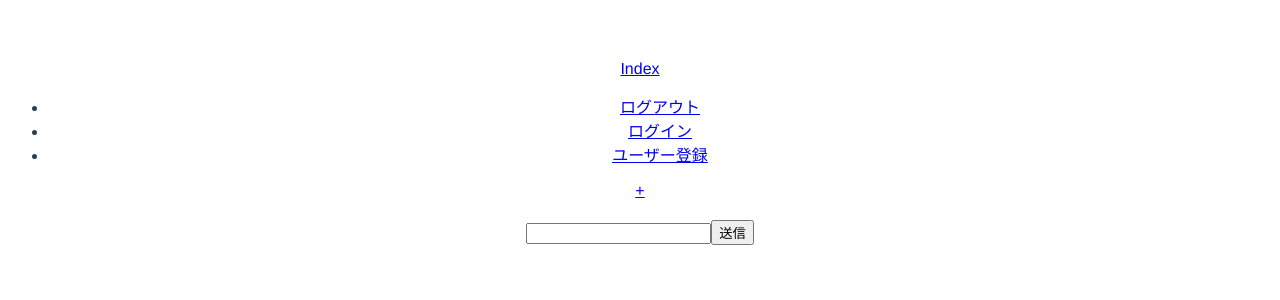
Repository: dododoSA/chat-app
Page: / (app in front/)
The author's editor kept a copy of each file at every save. The page is drawn from the files as they stood at one save, then again after the next save.
The browser window is 1280 px wide. The pictures show the whole page.
The page's requests for data from a server got no answer. The project was rebuilt for these pictures with package versions that can differ from the ones it lists, and the page was loaded fresh each time. No one was signed in, and anything a server would have sent is missing. Also part of the build but not shown: front/vue.config.js, front/src/components/HelloWorld.vue, front/src/components/Login.vue, front/src/components/Signup.vue, front/src/components/NewChannelForm.vue, front/src/components/EditChannelForm.vue.

Above is the page before, as saved 2019-09-09 10:14:21.

### front/src/main.js
import Vue from 'vue'
import App from './App.vue'
import router from './router'
import store from './store'

Vue.config.productionTip = false
Vue.config.devtools = true

new Vue({
  store,
  router,
  render: h => h(App),
}).$mount('#app')

### front/src/App.vue
<template>
  <div id="app">
    <nav class="navbar navbar-expand navbar-dark bg-dark">
      <router-link to="/">Index</router-link>
      <ul class="navbar-nav mr-auto">
        <li class="nav-item">
            <a v-if="" href="#" class="nav-link" @click="logout">ログアウト</a>
        </li>
        <li class="nav-item">
          <router-link to="/login">ログイン</router-link>
        </li>
        <li class="nav-item">
          <router-link to="/signup">ユーザー登録</router-link>
        </li>
      </ul>
    </nav>

    <router-view></router-view>
  </div>
</template>

<script>
import HelloWorld from './components/HelloWorld.vue'
import axios from 'axios'

export default {
  name: 'app',
  components: {
    HelloWorld
  },
  methods: {
    logout: function() {
      axios.get("/logout").then(
        this.$router.push("/")
      )
    }
  },
  computed: {
    me() {
      return this.$store.getters.getUsername
    }
  }
}
</script>

<style>
#app {
  font-family: 'Avenir', Helvetica, Arial, sans-serif;
  -webkit-font-smoothing: antialiased;
  -moz-osx-font-smoothing: grayscale;
  text-align: center;
  color: #2c3e50;
  margin-top: 60px;
}
</style>

### front/src/router.js
import Vue from 'vue'
import VueRouter from 'vue-router'

import Top from './components/Top'
import Login from './components/Login'
import Signup from './components/Signup'
import NewChannelForm from './components/NewChannelForm'
import Channel from './components/Channel'
import EditChannelForm from './components/EditChannelForm'

Vue.use(VueRouter);

const router = new VueRouter({
    mode: 'history',
    routes: [
        {
            path: '/',
            name: 'Top',
            component:Top
        },
        {
            path: '/login',
            name: 'Login',
            component: Login
        },
        {
            path: '/signup',
            name: 'Signup',
            component: Signup
        },
        {
            path: '/channel/new',
            component: NewChannelForm
        },
        {
            path: '/channel/:name/edit',
            name: 'EditChannelForm',
            component: EditChannelForm
        },
        {
            path: '/channel/:name',
            name: 'Channel',
            component: Channel
        }
    ]
})


export default router

### front/src/store/index.js
import Vue from 'vue'
import Vuex from 'vuex'
import axios from 'axios'

Vue.use(Vuex)

const store = () => new Vuex.Store({
    state: {
        username: ''
    },
    getters: {
        getUsername: (state, getters) => () => {
            return state.username
        }
    },
    mutations: {
        setMe(state, payload) {
            state.username = payload.username
        }
    },
    actions: {
        getMe() {
            const payload = {
                username: ''
            }
            axios.get('/get_me')
                .then(function(response) {
                    payload.username = response.data
                    context.commit('setMe', payload)
                })
                .catch(function(error) {
                    console.log(error)
                })
        }
    }
})

export default store

### front/src/components/Top.vue
<template>
    <div class="Top">
        <channel></channel>
    </div>
</template>

<script>
import Channel from './Channel.vue'

export default {
    name: 'Top',
    components: {
        Channel
    },
    created() {
        this.$store.dispatch('getMe')
    }
}
</script>

### front/src/components/Channel.vue
<template>
    <div class="channel">
        <router-link to="/channel/new">+</router-link>
        <ul>
            <li v-for="channel in channels" v-bind:key="channel.id">
                <router-link :to="{ name : 'Channel', params : { name: channel.name }}">{{ channel.name }}</router-link>
            </li>
        </ul>
        <h2>{{ currentChannelName }}</h2>
        <router-link v-if="currentChannelName" :to="{ name: 'EditChannelForm', params : { name: currentChannelName} }"> チャンネル名を変更 </router-link>
        <a v-if="currentChannelName" href="#" @click="deleteChannel">チャンネルを削除</a>
        <thread-show :channelName="currentChannelName"></thread-show>
    </div>
</template>

<script>
import axios from 'axios'
import ThreadShow from './Thread'

export default {
    name: 'Channel',
    data: () => {
        return {
            channels: [],
            currentChannelName: '',
        }
    },
    created: function() {
        let _this = this
        this.$store.dispatch('getMe')
        this.currentChannelName = this.$route.params.name
        axios.get("/channel")
            .then(function(response) {
                _this.channels = response.data
            })
            .catch(function(error){
                console.log(error)
            })
    },
    methods: {
        newChannel: function () {
            let _this = this
            axios.post("/channel/new")
                .then(function(response) {
                    axios.get("/channel")
                        .then(function(response) {
                            _this.channels = response.data
                        })
                        .catch(function(error){
                            console.log(error)
                        })
                })
                .catch(function(error) {
                    console.log(error)
                })
        },
        deleteChannel: function() {
            let _this = this
            const data = {
                name: this.currentChannelName
            }
            axios.post("/channel/delete", data)
                .then(function() {
                    _this.$router.push('/')
                })
                .catch(function(error) {
                    console.log(error)
                })
        }
    },
    components: {
        ThreadShow
    },

    beforeRouteUpdate (to, from, next) {
        this.$store.dispatch('getMe')
        this.currentChannelName = to.params.name
        next();
    }
}
</script>

### front/src/components/Thread.vue
<template>
    <div class="thread">
        <div v-for="thread in threads" :key="thread.id">
            {{ thread.content }}
            <div v-if="!thread.editMode">
                <a href="#" @click="startEdit(thread)">編集</a>
            </div>
            <div v-else>
                <input type="text" v-model="editComment">
                <button @click="postEditComment(thread)">変更</button>
                <button @click="exitEdit(thread)">X</button>
            </div>
            <a href="#" @click="deleteThread(thread)">削除</a>
        </div>

        <input type="text" v-model="newComment">
        <button @click="postComment">送信</button>
    </div>
</template>

<script>
import axios from 'axios'

export default {
    name: 'Thread',
    props: {
        channelName: String,
    },
    data: () => {
        return {
            threads : [],
            newComment: '',
            editComment: ''
        }
    },
    watch: {
        // threads: function(val, oldVal) {
        //     this.editMode = {}
        //     for(let thread in this.threads) {
        //         this.editMode[String(thread.id)] = false;
        //     }
        // }
        '$props':{
        handler: function (val, oldVal) {
            let _this = this
            axios.get('/channel/' + _this.channelName + '/thread')
                .then(function(response) {
                    _this.threads = response.data
                })
                .catch(function(error) {
                    console.log(error)
                })
        },
            deep: true
        }
    },
    methods: {
        postComment: function() {
            let _this = this
            if(this.newComment != '') {
                const data = {
                    content: this.newComment,
                    channelName: this.channelName
                }
                axios.post("/channel/" + _this.channelName + "/thread/new", data)
                    .then(function(response) {
                        _this.newComment = ''
                        let thread = response.data
                        thread.editMode = false
                        _this.threads.push(thread)
                    })
                    .catch(function(error) {
                        console.log(error)
                    })
            }
        },
        postEditComment: function(thread) {
            let _this = this
            if(this.editComment != '') {
                const data = {
                    content: this.editComment,
                    threadId: thread.id
                }
                axios.post("/channel/" + _this.channelName + "/thread/edit", data)
                    .then(function(response) {
                        thread.content = _this.editComment
                        _this.editComment = ''
                        thread.editMode = false
                    })
                    .catch(function(error) {
                        console.log(error)
                    })
            }
        },
        exitEdit: function(thread) {
            thread.editMode = false
            this.editComment = ''
        },
        startEdit: function(thread) {
            this.$set(thread, 'editMode' , true)
            for(let t of this.threads){
                if (thread.id != t.id) {
                    this.$set(t, 'editMode' , false)
                }
            }
            this.editComment = thread.content
        },
        deleteThread: function(thread) {
            let _this = this
            const data = {
                id: thread.id
            }
            axios.post("/channel/" + _this.channelName + "/thread/delete", data)
                .then(function() {
                    axios.get('/channel/' + _this.channelName + '/thread')
                        .then(function(response) {
                            _this.threads = response.data
                        })
                        .catch(function(error) {
                            console.log(error)
                        })
                })
                .catch(function(error) {
                    console.log(error)
                })
        }
    },
    created () {
        let _this = this
        console.log(this.channelName)
        axios.get('/channel/' + _this.channelName + '/thread')
            .then(function(response) {
                _this.threads = response.data
                for(let thread of _this.threads) {
                    _this.$set(thread, 'editMode' , false)
                }
            })
            .catch(function(error) {
                console.log(error)
            })

    },
}
</script>

Loaded but not shown: front/public/index.html (common file)

After the next save:
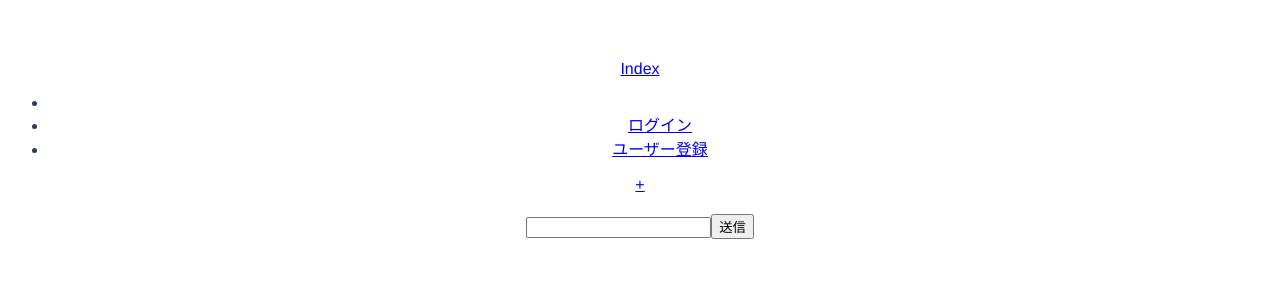
Saved 36 s later.
--- a/front/src/App.vue
+++ b/front/src/App.vue
@@ -4,12 +4,12 @@
       <router-link to="/">Index</router-link>
       <ul class="navbar-nav mr-auto">
         <li class="nav-item">
-            <a v-if="" href="#" class="nav-link" @click="logout">ログアウト</a>
+            <a v-if="!me" href="#" class="nav-link" @click="logout">ログアウト</a>
         </li>
-        <li class="nav-item">
+        <li v-if="me" class="nav-item">
           <router-link to="/login">ログイン</router-link>
         </li>
-        <li class="nav-item">
+        <li v-if="me" class="nav-item">
           <router-link to="/signup">ユーザー登録</router-link>
         </li>
       </ul>
